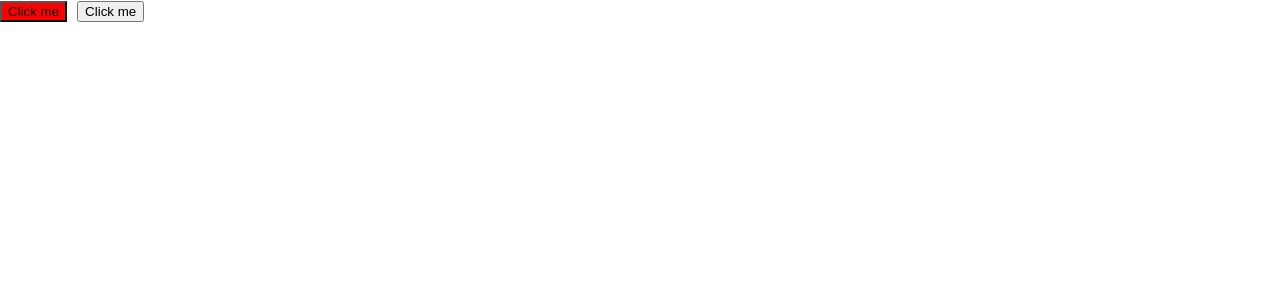
Repository: codysun1912/code
Page: / (app in react-webpack/tiktok/)
These files come from the project's save history. The page is drawn as it stood at one moment and after the next save; the edit follows.
The browser window is 1280 px wide. The pictures show the whole page.
The project was rebuilt for these pictures with package versions that can differ from the ones it lists, and the page was loaded fresh each time.

Above is the page before, as saved 2022-03-18 13:26:24.

After the next save:
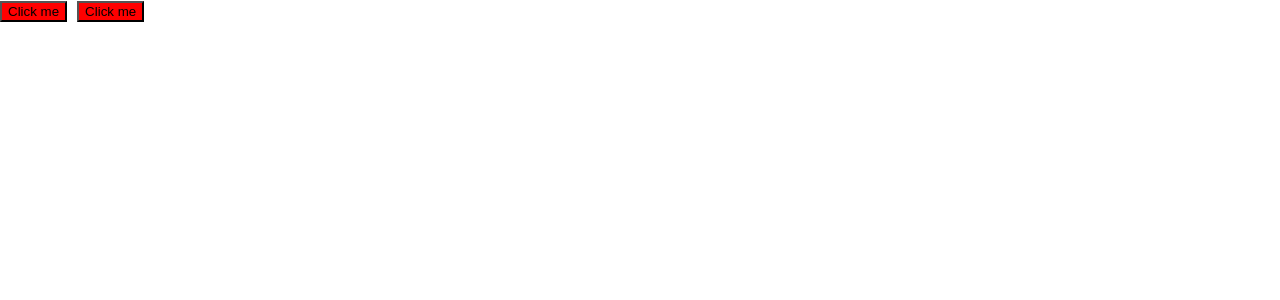
Saved 7 s later.
--- a/react-webpack/tiktok/src/components/button.js
+++ b/react-webpack/tiktok/src/components/button.js
@@ -4,7 +4,7 @@ function Button(){
     return(
         <div>
             <button className = {Styles.btn}> Click me </button>
-            <button className = {(Styles.btn,Styles.active)}> Click me </button>
+            <button className = {clsx(Styles.btn,Styles.active)}> Click me </button>
         </div>
     )
 }
